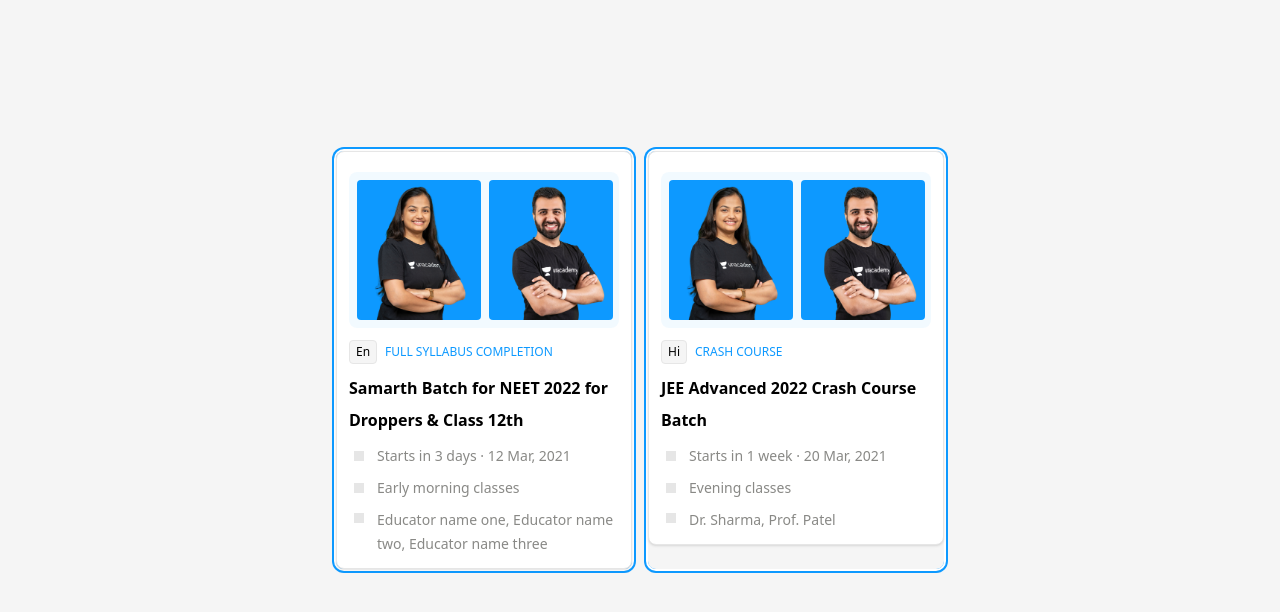
Repository: vignesh33654/resizablesidebar
Page: /
The author's editor kept a copy of each file at every save. The page is drawn from the files as they stood at one save, then again after the next save.
The browser window is 1280 px wide. The pictures show the whole page.
The project was rebuilt for these pictures with package versions that can differ from the ones it lists, and the page was loaded fresh each time.

Above is the page before, as saved 2025-11-11 13:29:16.

### index.html
<!doctype html>
<html lang="en">
  <head>
    <meta charset="UTF-8" />
    <link rel="icon" type="image/svg+xml" href="/vite.svg" />
    <meta name="viewport" content="width=device-width, initial-scale=1.0" />
    <title>ai-app</title>
  </head>
  <body>
    <div id="root"></div>
    <script type="module" src="/src/main.tsx"></script>
  </body>
</html>

### src/index.css
@import "tailwindcss";

@theme {

  --font-display: "inter";

  /* Colors */
  --color-default: #37352f;
  --color-secondary: #898986;
  --color-tertiary: #ff00ff;
  --color-disabled: #d5d5d4;
  --color-white: #ffffff;
  --color-primary: #0d99ff;
  --color-success: #14ae5c;
  --color-failure: #f24822;
  --color-warning: #ffcd29;
  --color-Bg-0: #ffffff;
  --color-Bg-1: #f5f5f5;
  --color-Bg-2: #f1f0f1;
  --color-border-primary:#e6e6e6;

  /*text sizes*/
--text-h1: 30px;
--text-h2: 24px;
--text-h3: 20px;
--text-body-16: 16px;
--text-body-14: 14px;
--text-body-13: 13px;
--text-small-12: 12px;
--text-small-11: 11px;
--text-small-10: 10px;
}

@layer base {
  h1 {
    font-size: var(--text-h1);
    font-weight: 600;
    line-height: 40px;
    letter-spacing: -2.1%;
  }
  h2 {
    font-size: var(--text-h2);
    font-weight: 600;
    line-height: 32px;
    letter-spacing: -1.9%;
  }
  h3 {
    font-size: var(--text-h3);
    font-weight: 600;
    line-height: 32px;
    letter-spacing: -1.7%;
  }
  p {
    font-size: var(--text-body-16);
    font-weight: 400;
    line-height: 24px;
    letter-spacing: -1.1%;
  }

  /* Focus ring for accessibility */
  .focus-ring {
    @apply outline-none ring-2 ring-primary ring-offset-2 transition-shadow;
  }

  .focus-ring:focus-visible {
    @apply ring-2 ring-primary ring-offset-2;
  }
}

### src/App.tsx
import BatchCard from '@/components/BatchCard';

export default function App() {
  return (
    <div className="min-h-screen bg-Bg-1 flex items-center justify-center p-8">
      <div className="flex gap-4 flex-wrap justify-center max-w-[1200px]">
        <BatchCard
          language="En"
          topic="FULL SYLLABUS COMPLETION"
          title="Samarth Batch for NEET 2022 for Droppers & Class 12th"
          startDate="Starts in 3 days · 12 Mar, 2021"
          timing="Early morning classes"
          educators="Educator name one, Educator name two, Educator name three"
          href="#"
        />

        {/* Example with onClick instead of href */}
        <BatchCard
          language="Hi"
          topic="CRASH COURSE"
          title="JEE Advanced 2022 Crash Course Batch"
          startDate="Starts in 1 week · 20 Mar, 2021"
          timing="Evening classes"
          educators="Dr. Sharma, Prof. Patel"
          onClick={() => console.log('Batch clicked')}
        />
      </div>
    </div>
  )
}

### src/components/BatchCard.tsx
import educatorImg1 from '@/assets/educator-1.png';
import educatorImg2 from '@/assets/educator-2.png';
import placeholderIcon from '@/assets/placeholder.svg';

export interface BatchCardProps {
  language?: string;
  topic: string;
  title: string;
  startDate: string;
  timing: string;
  educators: string;
  href?: string;
  onClick?: () => void;
  educatorImages?: string[];
}

export default function BatchCard({
  language = "En",
  topic,
  title,
  startDate,
  timing,
  educators,
  href,
  onClick,
  educatorImages = [educatorImg1, educatorImg2],
}: BatchCardProps) {
  const CardWrapper = href ? 'a' : 'div';
  const wrapperProps = href
    ? {
        href,
        className: "block no-underline focus-ring rounded-lg transition-transform hover:scale-[1.02] active:scale-[0.98]",
        tabIndex: 0,
        'aria-label': `View batch: ${title}`
      }
    : {
        className: "block",
        ...(onClick && {
          role: "button" as const,
          tabIndex: 0,
          onClick,
          onKeyDown: (e: React.KeyboardEvent) => {
            if (e.key === 'Enter' || e.key === ' ') {
              e.preventDefault();
              onClick();
            }
          },
          'aria-label': `View batch: ${title}`,
          className: "block cursor-pointer focus-ring rounded-lg transition-transform hover:scale-[1.02] active:scale-[0.98]"
        })
      };

  return (
    <CardWrapper {...wrapperProps}>
      <article
        className="flex flex-col gap-3 p-3 bg-Bg-0 rounded-lg border border-border-primary shadow-sm w-[296px]"
        aria-label="Batch information card"
      >
        <div className="flex flex-col gap-0.5 items-center">
          <div className="bg-divider h-0.5 rounded-[20px] w-[168px]" aria-hidden="true" />
          <div className="bg-divider h-0.5 rounded-[20px] w-[208px]" aria-hidden="true" />

          <div
            className="bg-primary/5 flex gap-2 p-2 rounded-lg w-full h-[156px]"
            role="img"
            aria-label={`Educators for ${title}`}
          >
            {educatorImages.slice(0, 2).map((img, idx) => (
              <div
                key={idx}
                className="bg-primary h-[140px] w-[124px] rounded overflow-hidden relative shrink-0"
              >
                <img
                  src={img}
                  alt={`Educator ${idx + 1}`}
                  className="w-full h-full object-cover"
                />
              </div>
            ))}
          </div>
        </div>

        <div className="flex flex-col gap-2 w-full">
          <div className="flex gap-2 items-center">
            <span
              className="bg-neutral-100 border border-border-primary text-text-primary text-small-12 px-1.5 py-0.5 rounded inline-flex items-center justify-center min-w-[26px]"
              aria-label={`Language: ${language}`}
            >
              {language}
            </span>
            <span
              className="text-primary text-small-12 flex-1 min-w-0"
              aria-label={`Topic: ${topic}`}
            >
              {topic}
            </span>
          </div>

          <div className="flex flex-col gap-2">
            <h3 className="text-text-primary text-body-16 m-0">
              {title}
            </h3>

            <div className="flex gap-2 items-center">
              <div className="image-placeholder w-5 h-5 shrink-0" aria-hidden="true">
                <img src={placeholderIcon} alt="" className="w-full h-full" />
              </div>
              <p className="text-secondary text-body-14 flex-1 min-w-0 m-0">
                {startDate}
              </p>
            </div>

            <div className="flex gap-2 items-center">
              <div className="image-placeholder w-5 h-5 shrink-0" aria-hidden="true">
                <img src={placeholderIcon} alt="" className="w-full h-full" />
              </div>
              <p className="text-secondary text-body-14 flex-1 min-w-0 m-0">
                {timing}
              </p>
            </div>

            <div className="flex gap-2 items-start">
              <div className="image-placeholder w-5 h-5 shrink-0" aria-hidden="true">
                <img src={placeholderIcon} alt="" className="w-full h-full" />
              </div>
              <p className="text-secondary text-body-14 flex-1 min-w-0 m-0">
                {educators}
              </p>
            </div>
          </div>
        </div>
      </article>
    </CardWrapper>
  );
}

Loaded but not shown: src/main.tsx (common file)

After the next save:
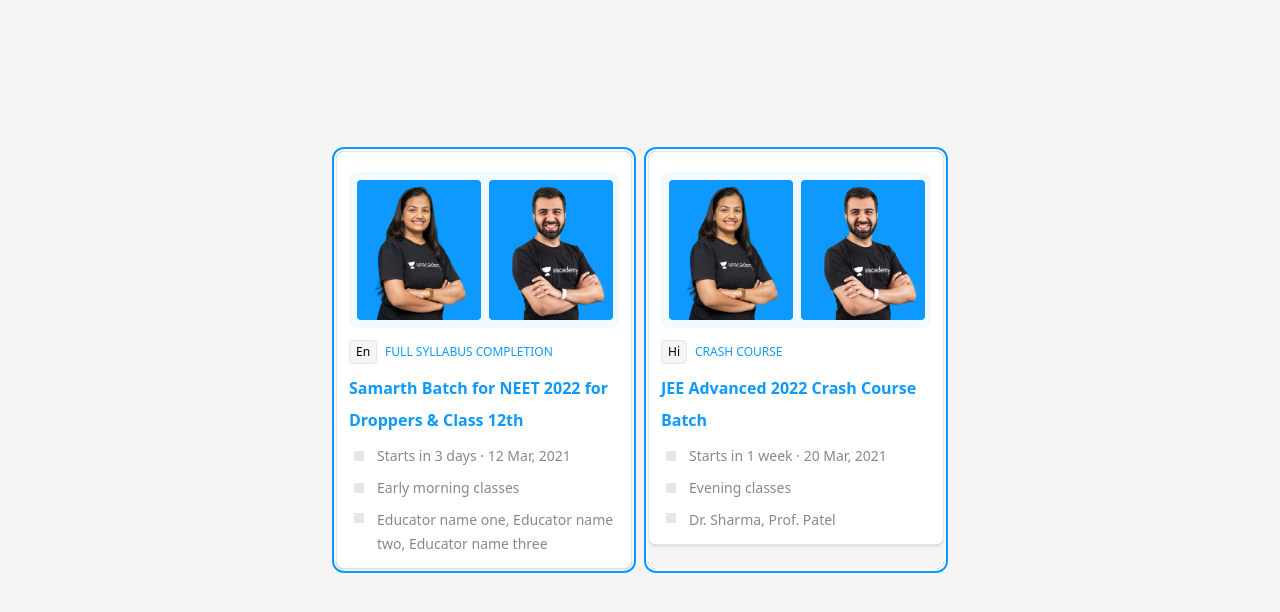
Saved 8 s later.
--- a/src/components/BatchCard.tsx
+++ b/src/components/BatchCard.tsx
@@ -97,7 +97,7 @@
           </div>
 
           <div className="flex flex-col gap-2">
-            <h3 className="text-text-primary text-body-16 m-0">
+            <h3 className="text-primary text-body-16 m-0">
               {title}
             </h3>
 
